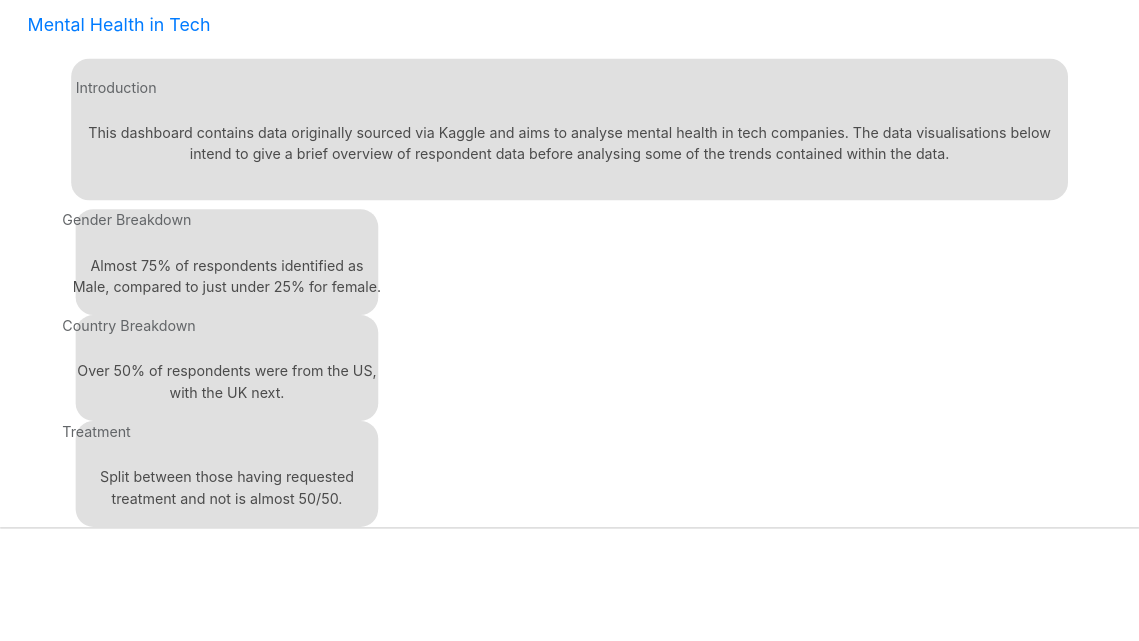
Repository: martingr1/mhdashboard
Page: index.html
The author's editor kept a record of every edit. The page is drawn from the files as they stood at one moment, then again after the next edit.
The browser window is 1280 px wide. The pictures show the whole page, at 89% of full size.
Some web libraries are served in a nearby version.

Above is the page before.
Console error: ReferenceError: show_average_age is not defined

After the next edit:
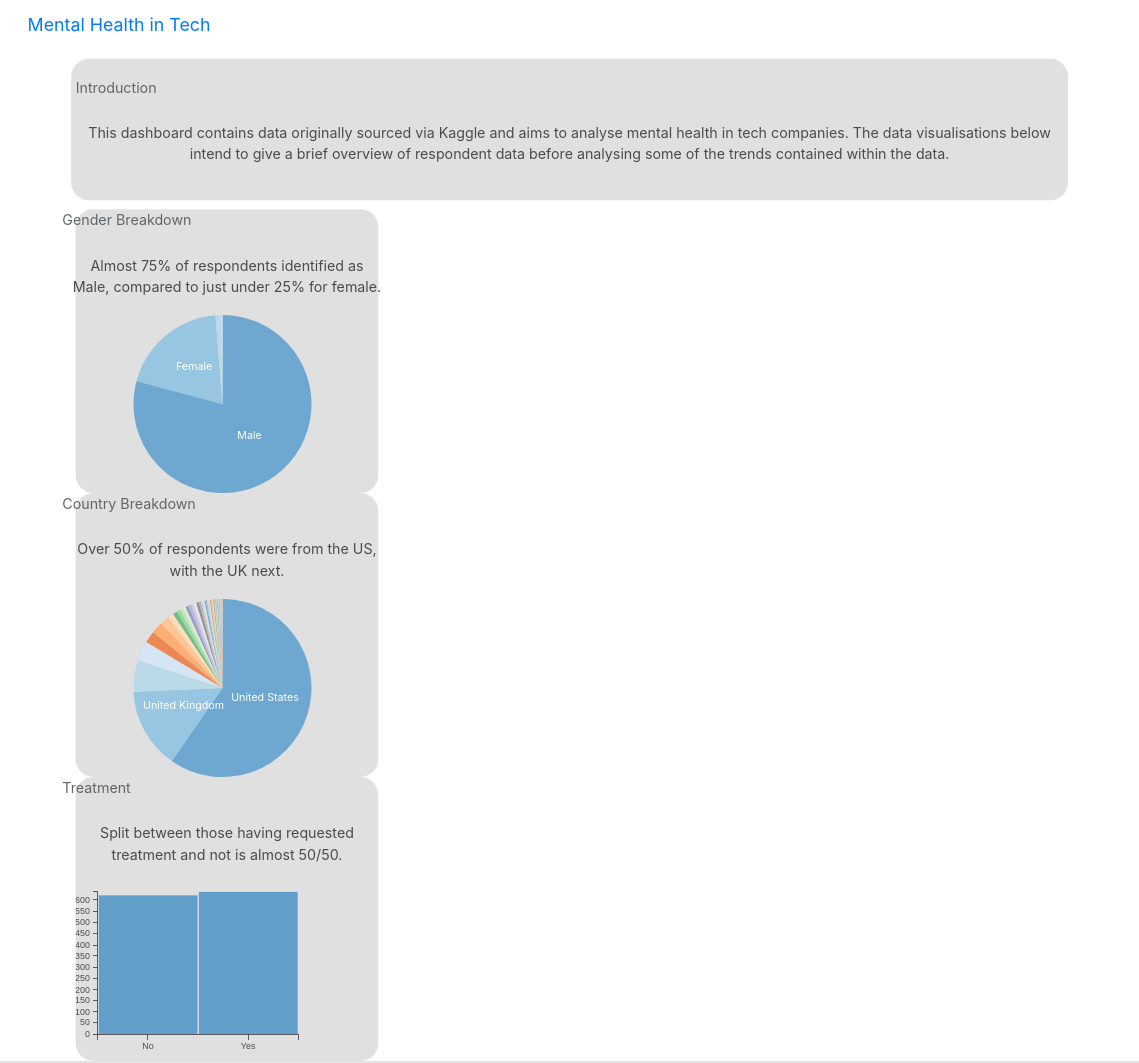
The error is gone.
The edit:
--- a/static/js/graph.js
+++ b/static/js/graph.js
@@ -11,7 +11,7 @@
         d.age = parseInt(d.age);
     })
 
-    show_average_age(ndx);
+    /* show_average_age(ndx, gender, element); */
 
     show_select_company(ndx);
     show_gender_breakdown(ndx);
